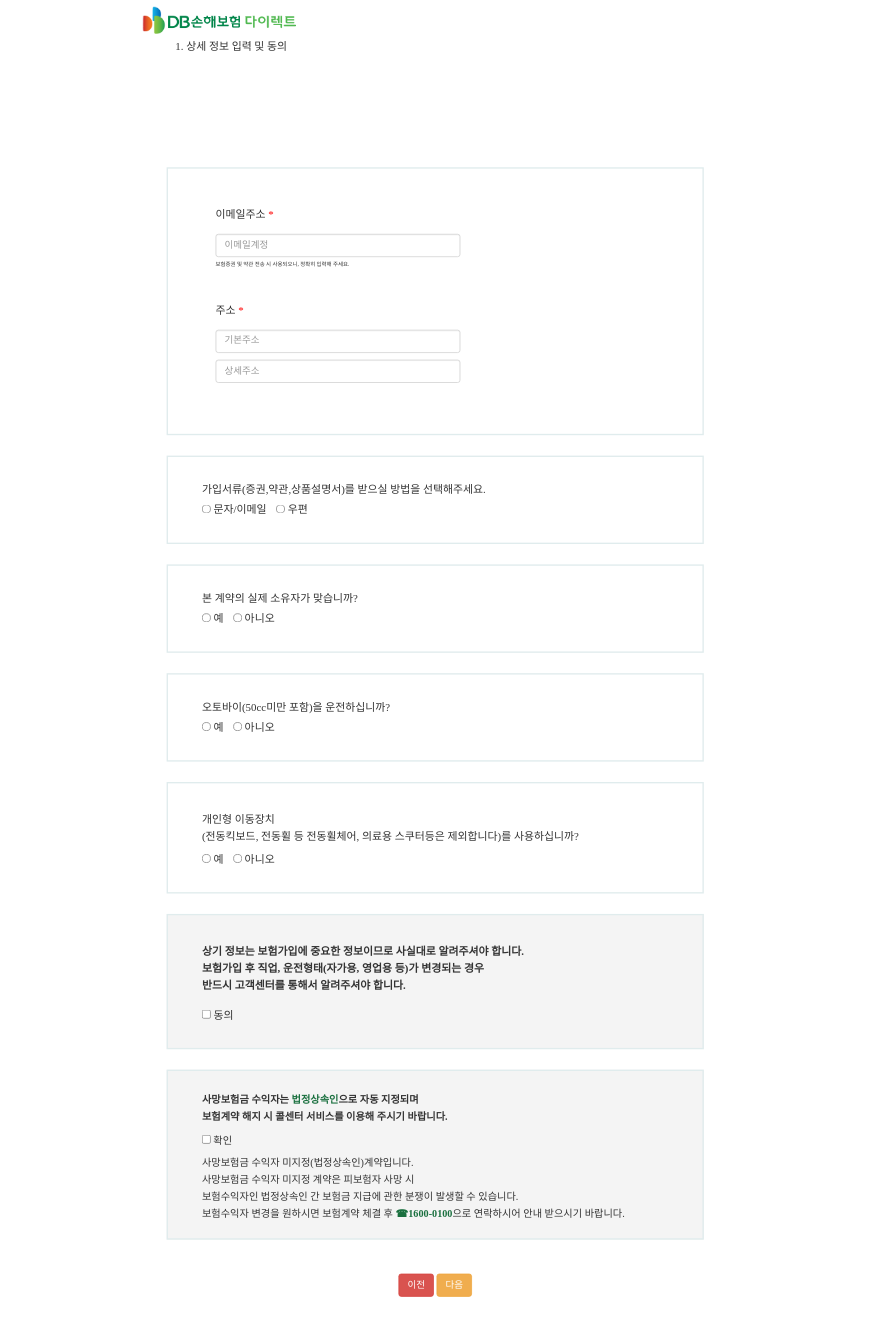
Repository: minho0324/directInsurance
Page: http://localhost/directClone/direct/details1
An editor plug-in stored every save of this project. The page is shown before and after the next save, followed by the edit.
The browser window is 1280 px wide. The pictures show the whole page, at 68% of full size.
The page is served by Tomcat 9.

Above is the page before, as saved 2021-11-19 04:54:35.

After the next save:
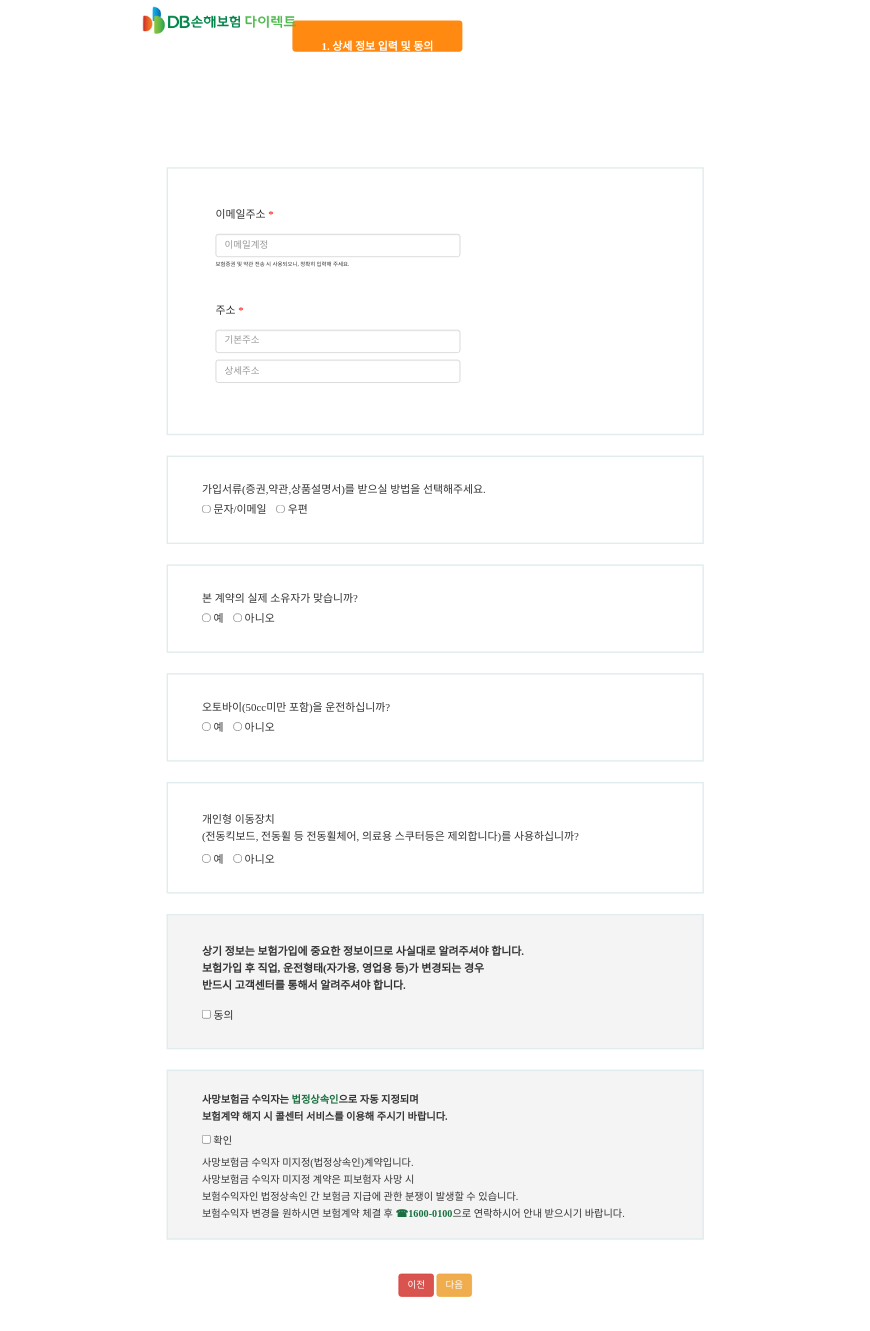
Saved 13 s later.
--- a/directClone/src/main/webapp/WEB-INF/views/details1.jsp
+++ b/directClone/src/main/webapp/WEB-INF/views/details1.jsp
@@ -67,7 +67,7 @@
 		margin-right:300px;
 	}
 
-	.header .progress_bar .progress_bar_inner {
+	.header .progress_bar div {
 		font-weight:bold;
 		background: #ff8911;
 		color:white;
